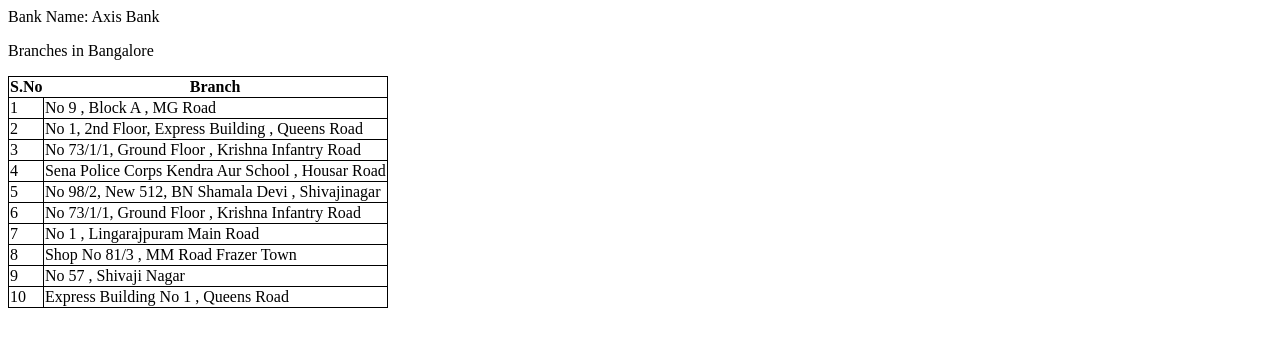
Repository: vibakar/spring-boot-topgear-assignments
Page: http://localhost/branches
The author's editor kept a copy of each file at every save. The page is drawn from the files as they stood at one save, then again after the next save.
The browser window is 1280 px wide. The pictures show the whole page.
The page is this project's Thymeleaf template; nobody is signed in. The template is opened directly, without the code that normally fills it, so the values that code supplies are empty.

Above is the page before, as saved 2020-06-12 05:55:20.

After the next save:
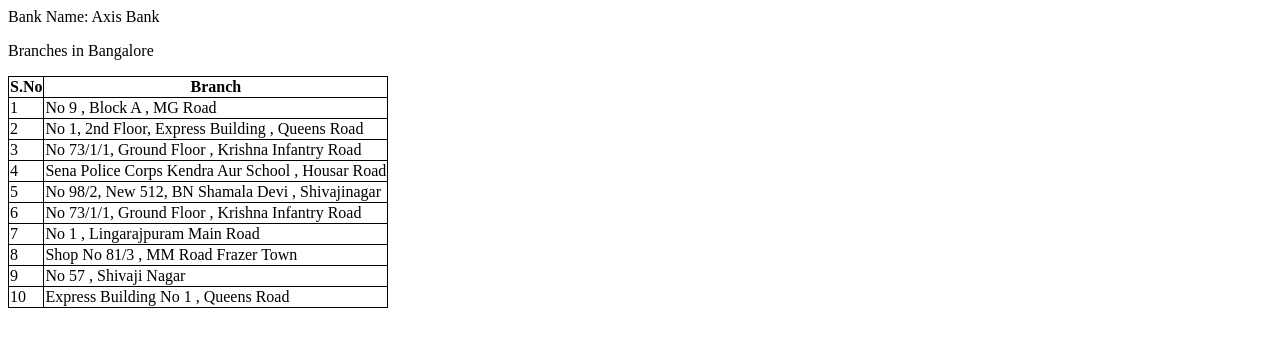
Saved 66 s later.
--- a/assignment2/src/main/resources/templates/branches.html
+++ b/assignment2/src/main/resources/templates/branches.html
@@ -1,7 +1,7 @@
 <html>
 <head>
 <style>
-table, tr, td {
+table, tr, td, th {
 	border: 1px solid black;
 	border-collapse: collapse;
 }
